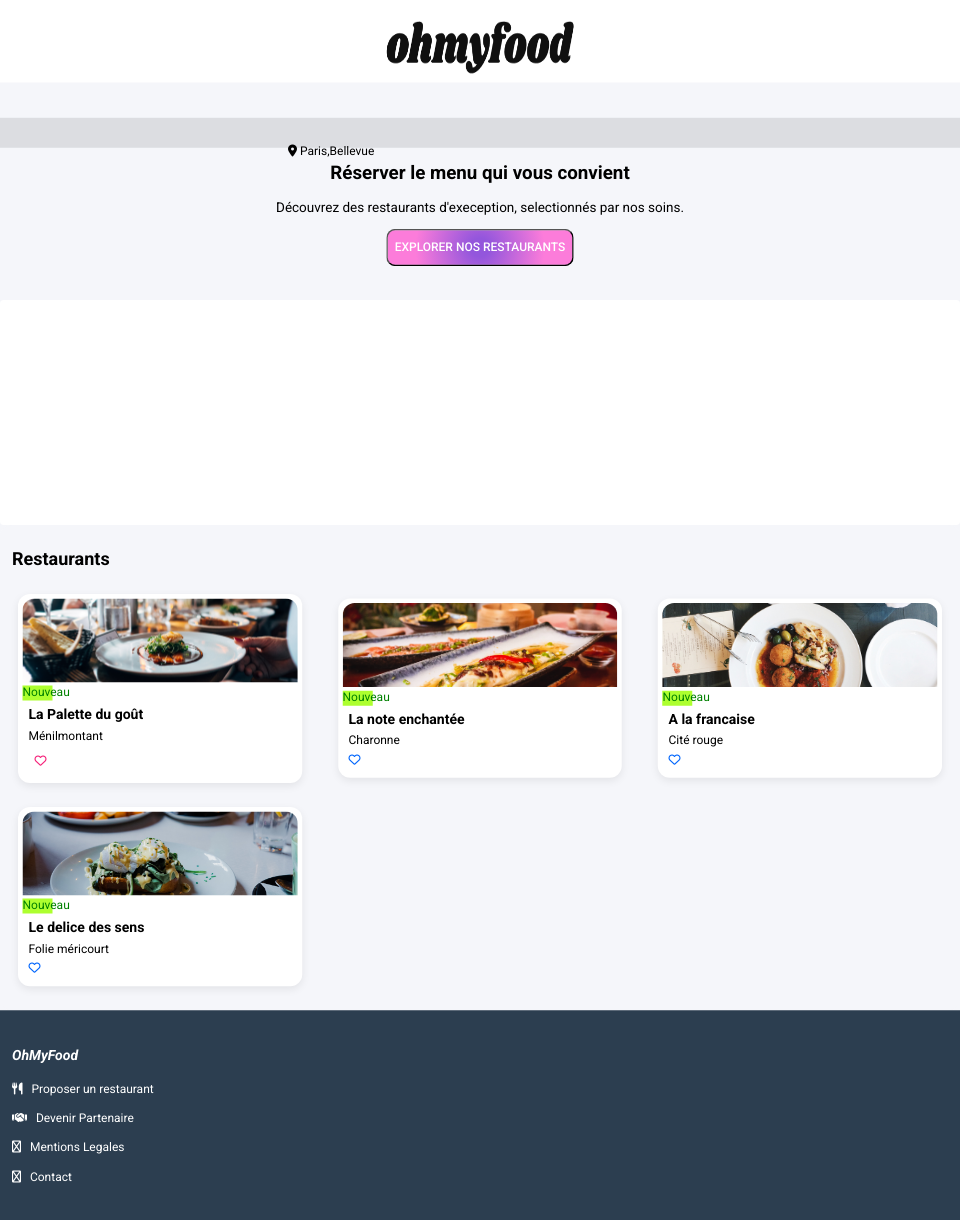
Repository: ultraasedev/ohmyfood
Page: index.html
The author's editor kept a copy of each file at every save. The page is drawn from the files as they stood at one save, then again after the next save.
The browser window is 1280 px wide. The pictures show the whole page, at 75% of full size.
Some web fonts or font styles are not loaded; a fallback is used. Some web libraries are served in a nearby version.

Above is the page before, as saved 2022-10-27 18:22:14.

### index.html
<!doctype html>
<html lang="fr">
    <head>
        <meta charset="UTF-8">
        <meta name="viewport" content="width=device-width,minimum-scale=1,initial-scale=1,maximum-scale=2">

      <title>Ohmyfood!  - Home</title>
       <meta name="description" content="Ohmyfood! est une entreprise de commande de repas en ligne. Notre concept permet aux
       utilisateurs de composer leur propre menu et réduire leur temps d’attente dans les
       restaurants car leur menu est préparé à l’avance. Plus de perte de temps à consulter la carte"/>
       <meta property="og:site_name" content="Ohmyfood!  - est une entreprise de commande de repas en ligne. Notre concept permet aux
       utilisateurs de composer leur propre menu et réduire leur temps d’attente dans les
       restaurants car leur menu est préparé à l’avance. Plus de perte de temps à consulter la carte" />
       <meta property="og:description" content="est une entreprise de commande de repas en ligne. Notre concept permet aux
       utilisateurs de composer leur propre menu et réduire leur temps d’attente dans les
       restaurants car leur menu est préparé à l’avance. Plus de perte de temps à consulter la carte" />




       <link type="text/css" rel="stylesheet" href="css/normalize.css"/>
       <link type="text/css" rel="stylesheet" href="css/all.min.css"/>
       <link type="text/css" rel="stylesheet" href="css/fontawesome.min.css"/>
       <link rel="preconnect" href="https://fonts.googleapis.com">
        <link rel="preconnect" href="https://fonts.gstatic.com" crossorigin>
       <link href="https://fonts.googleapis.com/css2?family=Roboto:ital,wght@0,100;0,300;0,400;0,500;0,700;0,900;1,100;1,300;1,400;1,500;1,700;1,900&family=Shrikhand&display=swap" rel="stylesheet">
       <script   src="https://kit.fontawesome.com/f132f25ed3.js" crossorigin="anonymous"></script>

       <link type="text/css" rel="stylesheet" href="css/style.css" />



       </head>

       <body>
<!--Nav + Logo-->
   <div class="nav">
    <div class="logo">
      <img src="images/logo/ohmyfood.png" alt="Ohmyfood !" class="logo"/>
    </div>
   </div>


<!--Header-->
<header>
  <!--Location-->
 <div class="location">
  <div class="villeloca"><p><i class="fa-sharp fa-solid fa-location-dot"></i> Paris,Bellevue</p></div>
</div>

  <div class="head-cont">
    <h2>Réserver le menu qui vous convient</h2>
    <p>Découvrez des restaurants d'exeception, selectionnés par nos soins.</p>

    <button class="btn-nav">
      Explorer nos restaurants
    </button>
  </div>
</header>

<!--Fonctionnement-->
<section class="cont-fonc">


</section>
<!--Fonctionnement-->

<!--Restau 1-->
<section class="cont-art">
  <h2>Restaurants</h2>

  <!-- Card 1 -->
              <article class="resto-card">
                <a href="#">
                  <img
                    src="./images/restaurants/jay-wennington-N_Y88TWmGwA-unsplash.jpg"
                    alt="Photo de l'hébergement"
                  />
                  <div class="new">Nouveau</div>
                  <h3>La Palette du goût</h3>
                  <p>Ménilmontant</p>
                  <div class="stars">
                    <i class="fa-regular fa-heart active"></i>
                  </div>
                </a>
              </article>


               <!-- Card 2 -->
               <article class="resto-card">
                <a href="#">
                  <img
                    src="./images/restaurants/louis-hansel-shotsoflouis-qNBGVyOCY8Q-unsplash.jpg"
                    alt="Photo de l'hébergement"
                  />
                  <div class="new">Nouveau</div>
                  <h3>La note enchantée</h3>
                  <p>Charonne</p>
                  <div class="stars">
                    <i class="fa-regular fa-heart"></i>

                  </div>
                </a>
              </article>

               <!-- Card 3 -->
               <article class="resto-card">
                <a href="#">
                  <img
                    src="./images/restaurants/stil-u2Lp8tXIcjw-unsplash.jpg"
                    alt="Photo de l'hébergement"
                  />
                  <div class="new">Nouveau</div>
                  <h3>A la francaise</h3>
                  <p>Cité rouge</p>
                  <div class="stars">
                    <i class="fa-regular fa-heart"></i>
                  </div>
                </a>
              </article>

               <!-- Card 4 -->
               <article class="resto-card">
                <a href="#">
                  <img
                    src="./images/restaurants/toa-heftiba-DQKerTsQwi0-unsplash.jpg"
                    alt="Photo de l'hébergement"
                  />
                  <div class="new">Nouveau</div>
                  <h3>Le delice des sens</h3>
                  <p>Folie méricourt</p>
                  <div class="stars">
                    <i class="fa-regular fa-heart"></i>
                  </div>
                </a>
              </article>




</section>

<!--FOOTER-->
<footer>
  <div class="container-footer">
    <div class="card-footer">
      <h3 style="font-family: 'Roboto';font-weight: 700;font-style: italic;">OhMyFood</h3>
      <!--<img src="images/logo/ohmyfood.png" alt="Ohmyfood !" height="20px" width="80px" style="margin-bottom: 10px;"/>-->
      <a href="#"><i class="fa-solid fa-utensils"></i>&nbsp;&nbsp;&nbsp;Proposer un restaurant</a>
      <a href="#"><i class="fa-solid fa-handshake"></i>&nbsp;&nbsp;&nbsp;Devenir Partenaire</a>
      <a href="#"><i class="fa-regular fa-circle-info"></i>&nbsp;&nbsp;&nbsp;Mentions Legales</a>
      <a href="#"><i class="fa-regular fa-phone"></i>&nbsp;&nbsp;&nbsp;Contact</a>

    </div>

</footer>

### css/style.css
*{
    box-sizing: border-box;
    font-family: var(--fontall);
    max-width: 1380px;

}
:root{

  /*Font*/
  --fontall: 'Roboto', sans-serif;
  --fontlg: 'Shrikhand' , cursive;

  /*color*/
  --primary: #9356DC;
  --secon: #FF79DA;
  --tert: #99E2D0;

  --greybg: #f5f6fa;

}


body{
    background-color:  var(--greybg);
    font-family: var(--fontall);
}

/* Nav*/
.nav{
  display: flex;
  height: 130px;
  width: 100%;
  background-color: #fff;
  align-items: center;
  align-content: center;
  text-align: center;
  margin-bottom: 10px;
}
/*Logo*/
.logo{
  position: relative;
  align-items: center;
  align-content: center;
  text-align: center;
  margin-right: auto;
  margin-left: auto;
}
.logo img{
  height: 70px;
  width: 250px;
}
/*Header*/
header{
  position: absolute;
  height: 300px;
  width: 100%;
  background-color: #f5f6fa;
  align-items: center;
  align-content: center;
  text-align: center;
  margin-top: -30px;
}
/*Location*/
.location{
  position: flex;
  background-color: #dcdde1;
  height: 40px;
  margin-top: -8px;
  align-items: center;
  align-content: center;
  text-align: center;
}
.location .villeloca{
  position: absolute;
  align-items: center;
  align-content: center;
  text-align: center;
  left: 30%;
}

/*Head-Cont*/

.head-cont h2{
  font-size: 25px;
  font-weight: bold;

}
.head-cont p{
  font-size: 18px;
  font-weight: 400;

}
/*Btn-nav*/
.btn-nav{
  align-items: center;
  align-content: center;
  text-transform: uppercase;
  transition: 0.5s;
  background: rgb(147,86,220);
  background: radial-gradient(circle, rgba(147,86,220,1) 10%, rgba(252,124,218,1) 69%);
  z-index: -1;
  transition: transform 400ms ease-in;
  color: #fff;
  width: 250px;
  height: 50px;
  overflow: hidden;
  text-decoration: none;
  border-radius: 12px;
 font-weight: 500;

}
/*Fonctionnement*/
.cont-fonc{
  position: relative;
  background-color: #fff;
  height: 300px;
  margin-top: 270px;
  border-radius: 5px;
}


/* Content Article */
.cont-art{
  background-color: #f5f6fa;
  padding: 32px 16px;
  border-radius: 16px;
  display: grid;
  grid-template-columns: repeat(3, 1fr);
  gap: 32px;
  left: 10px;
}
.cont-art h2 {
  grid-column: 1/-1;
  margin: 0;
}
.cont-art .resto-card{
  background: white;
  padding: 6px;
  border-radius: 16px;
  margin: auto;
  box-shadow: rgba(0, 0, 0, 0.08) 0px 4px 12px;
  transition: 0.2s;
  width: calc(100% - 16px);
}
.cont-art .resto-card .new{
  background-color: greenyellow;
  color: green;
  height: 20px;
  width: 40px;
}
.cont-art .resto-card img {
  width: 255px;
  border-radius: 16px 16px 0 0;
  height: 112px;
  object-fit: cover;
  width: 100%;
}
.cont-art .resto-card a {
  text-decoration: none;
  color: inherit;
}

.cont-art .resto-card h3 {
  margin: 8px 8px 8px;
}

.cont-art .resto-card p {
  margin: 8px 8px 8px;
}

.cont-art .resto-card .stars {
  margin: 8px 8px 8px;
  color: #0065fc;
}
.cont-art .resto-card .stars .active{
  margin: 8px 8px 8px;
  color: #f52179;
}

/*FOOTER*/
footer {
  background-color: #2c3e50;
  padding: 32px 16px;
  color: #fff;
}
.container-footer {
  display: flex;
  max-width: 1330px;
  margin: auto;
  font-family: "Raleway", sans-serif;
  gap: 16px;
}
.card-footer {
  display: flex;
  flex-direction: column;
  min-width: 30%;
}

.card-footer a {
  margin-top: 5px;
  margin-bottom: 16px;
  text-decoration: none;
  color: inherit;
}

.card-footer a:hover {
  text-decoration: underline !important;
}

Loaded but not shown: css/normalize.css (library); css/all.min.css (library); css/fontawesome.min.css (library)

After the next save:
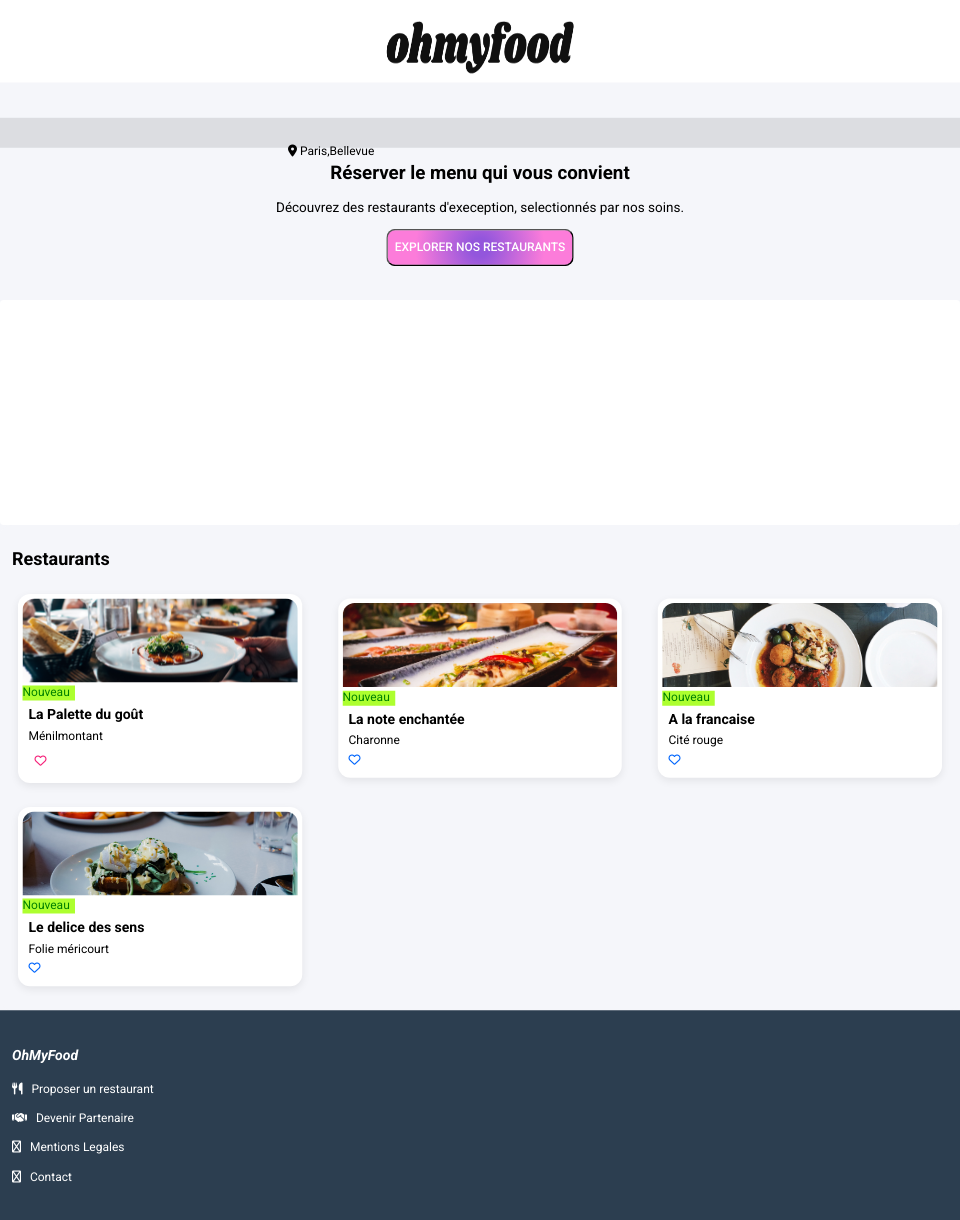
Saved 42 s later.
--- a/css/style.css
+++ b/css/style.css
@@ -146,7 +146,7 @@ header{
   background-color: greenyellow;
   color: green;
   height: 20px;
-  width: 40px;
+  width: 70px;
 }
 .cont-art .resto-card img {
   width: 255px;
